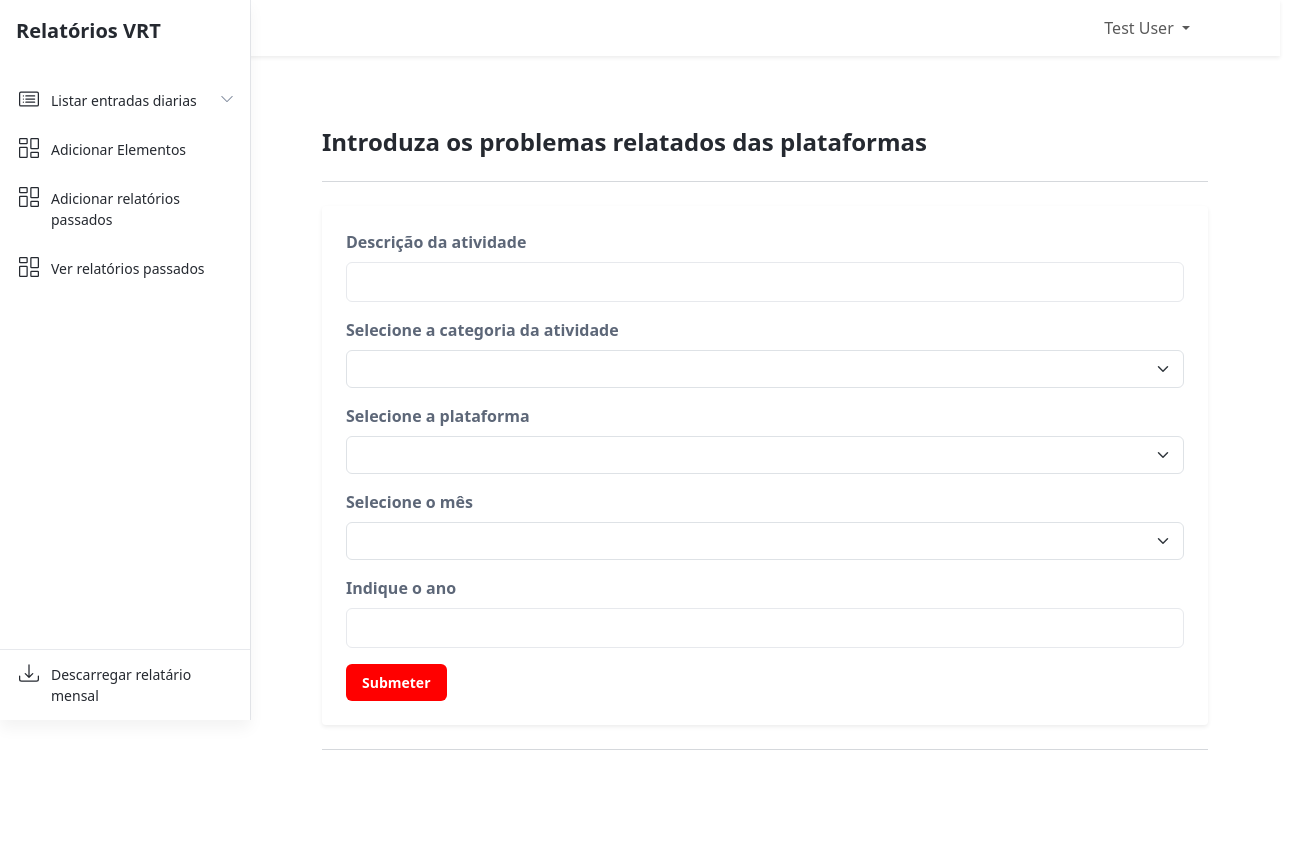
Repository: Yolanda-Marchone/Relatorios
Page: http://localhost/plataforma
These files come from the project's save history. The page is drawn as it stood at one moment and after the next save; the edit follows.
The browser window is 1280 px wide. The page is 1292 px wide, so the pictures cover 1292 px, including what lies to the right of the window. The pictures show the whole page.
The page is served by the project's Laravel application, run on PHP 8.4 with Laravel 10. A made-up administrator, Test User (test@example.com), is signed in. Other server files are loaded and not shown. Style sheets and scripts are compiled from the project's sources, by tool versions that may differ from the author's. Queries for data that is not in the repository find no rows.

Above is the page before, as saved 2024-05-23 10:18:40.

### routes/web.php
<?php

use App\Models\Categorias;
use App\Models\Mes;
use App\Models\Rela_plataforma;
use App\Models\Relatorio_mensal;
use App\Models\User;
use Barryvdh\DomPDF\Facade\Pdf;
use GuzzleHttp\Psr7\Request;
use Illuminate\Support\Facades\Route;
use Dompdf\Dompdf;
use Dompdf\Options;

/*
|--------------------------------------------------------------------------
| Web Routes
|--------------------------------------------------------------------------
|
| Here is where you can register web routes for your application. These
| routes are loaded by the RouteServiceProvider and all of them will
| be assigned to the "web" middleware group. Make something great!
|
*/

Route::get('/', function () {
    return view('welcome');
});




Auth::routes();

Route::get('/home', [App\Http\Controllers\PlataformaController::class, 'exibir_dados_plataforma'])->name('layouts/plataforma')->middleware('auth');

Route::get('/lista_plataforma', [App\Http\Controllers\PlataformaController::class, 'exibir_dados_plataforma'])->name('layouts/plataforma')->middleware('auth');

Route::get('/lista_atividades', [App\Http\Controllers\AtividadesController::class, 'exibir_dados_atividade'])->name('layouts/atividade')->middleware('auth');

Route::get('/atividades', [App\Http\Controllers\AtividadesController::class, 'exibir_dados'])->name('layouts/cadastraratividade')->middleware('auth');

Route::get('/plataforma', [App\Http\Controllers\PlataformaController::class, 'exibir_dados'])->name('layouts/cadastrarplataforma')->middleware('auth');

Route::post('/submeter_plataformas', [App\Http\Controllers\PlataformaController::class, 'criar_relatorio_plataforma'])->name('layouts/plataforma');

Route::post('/submeter_atividades', [\App\Http\Controllers\AtividadesController::class, 'criar_relatorio_atividade'])->name('layouts/atividades');

Route::get('/gerarpdf', [\App\Http\Controllers\AtividadesController::class, 'download']);

Route::get('/selecionarmes', [\App\Http\Controllers\AtividadesController::class, 'selectmes'])->name('layouts/pdfatividades');

Route::get('/testeview', [App\Http\Controllers\AtividadesController::class, 'teste'])->name('layouts/relatorio_PDF')->middleware('auth');

Route::get('/pdf', [App\Http\Controllers\PlataformaController::class, 'pdf']);

Route::get('/adicionar', [App\Http\Controllers\PlataformaController::class, 'adicionar_elementos'])->name('layouts/adicionar_elementos')->middleware('auth');

Route::post('/submeter_categoria', [App\Http\Controllers\PlataformaController::class, 'criar_categoria'])->name('layouts/plataforma');

Route::post('/submeter_plataforma', [App\Http\Controllers\PlataformaController::class, 'criar_plataforma'])->name('layouts/plataforma');

Route::post('/submeter_estado', [\App\Http\Controllers\AtividadesController::class, 'criar_estado'])->name('layouts/atividades');

Route::post('/submeter_solicitante', [\App\Http\Controllers\AtividadesController::class, 'criar_solicitante'])->name('layouts/atividades');

Route::get('/editar_atividades/{id}', [\App\Http\Controllers\AtividadesController::class, 'editarAtividade'])->name('layouts/editaratividades');

Route::put('/salvar_atividades/{id}', [\App\Http\Controllers\AtividadesController::class, 'editar_atividade'])->name('layouts/atividades');

Route::delete('/apagar_atividades/{id}', [\App\Http\Controllers\AtividadesController::class, 'excluir_atividade'])->name('layouts/atividades');

Route::get('/editar_plataforma/{id}', [\App\Http\Controllers\PlataformaController::class, 'editarPlataforma'])->name('layouts/editarplataforma');

Route::put('/salvar_plataforma/{id}', [\App\Http\Controllers\PlataformaController::class, 'editar_plataforma'])->name('layouts/plataforma');

Route::delete('/apagar_plataforma/{id}', [\App\Http\Controllers\PlataformaController::class, 'excluir_plataforma'])->name('layouts/plataforma');


Route:: get ('/3', function(){
$pdf= Pdf::loadView('layouts\teste');
return $pdf->download('teste.pdf');

});




Route::get('/gerar-pdf', function () {
    // Cria uma instância do Dompdf com opções padrão
    $dompdf= new Dompdf ();


    // Renderiza a view em HTML
    $html = view('layouts\teste')->render();

    // Carrega o HTML no Dompdf
    $dompdf->loadHtml($html);

    // Define o tamanho do papel e a orientação
    $dompdf->setPaper('A4', 'portrait');

    // Renderiza o PDF
    $dompdf->render();

    // Saída do PDF
    return $dompdf->stream('relatorio.pdf');
});

### app/Models/User.php
<?php

namespace App\Models;

// use Illuminate\Contracts\Auth\MustVerifyEmail;
use Illuminate\Database\Eloquent\Factories\HasFactory;
use Illuminate\Foundation\Auth\User as Authenticatable;
use Illuminate\Notifications\Notifiable;
use Laravel\Sanctum\HasApiTokens;

class User extends Authenticatable
{
    use HasApiTokens, HasFactory, Notifiable;

    /**
     * The attributes that are mass assignable.
     *
     * @var array<int, string>
     */
    protected $fillable = [
        'name',
        'email',
        'password',
    ];

    /**
     * The attributes that should be hidden for serialization.
     *
     * @var array<int, string>
     */
    protected $hidden = [
        'password',
        'remember_token',
    ];

    /**
     * The attributes that should be cast.
     *
     * @var array<string, string>
     */
    protected $casts = [
        'email_verified_at' => 'datetime',
        'password' => 'hashed',
    ];



    public function relatorio_mensal()
    {
        return $this->hasMany(Relatorio_mensal::class);

    }


}

### app/Models/Plataformas.php
<?php

namespace App\Models;

use Illuminate\Database\Eloquent\Factories\HasFactory;
use Illuminate\Database\Eloquent\Model;

class Plataformas extends Model
{
    use HasFactory;

protected $table = 'plataformas';
protected $fillable = ['id', 'nome'];

public function relatorio_mensal()
{
    return $this->hasMany(Relatorio_mensal::class);

}

}

### app/Models/Categorias.php
<?php

namespace App\Models;

use Illuminate\Database\Eloquent\Factories\HasFactory;
use Illuminate\Database\Eloquent\Model;

class Categorias extends Model
{
    use HasFactory;
    protected $table = 'categorias';
protected $fillable = ['id', 'nome'];


public function relatorio_mensal()
{
    return $this->hasMany(Relatorio_mensal::class);

}
}

### app/Models/Mes.php
<?php

namespace App\Models;

use Illuminate\Database\Eloquent\Factories\HasFactory;
use Illuminate\Database\Eloquent\Model;

class Mes extends Model
{
    use HasFactory;
    protected $table = 'mes';
protected $fillable = ['id', 'nome'];


public function relatorio_mensal()
{
    return $this->hasMany(Relatorio_mensal::class);

}
}

### resources/views/layouts/cadastrarplataforma.blade.php
@extends('layouts.app')

@section('content')


<div class="row justify-content-center">
    <div class="col-md-12">

        <div class="app-wrapper">

            <div class="app-content pt-3 p-md-3 p-lg-4">
                <div class="container-xl">




     <div class="app-content pt-3 p-md-3 p-lg-4">
                <div class="container-xl">
                    <h1 class="app-page-title">Introduza os problemas relatados das plataformas</h1>
                    <hr class="mb-4">
                    <div class="row g-4 settings-section">
               <div class="col-12 col-md-12"
    >		                <div class="app-card app-card-settings shadow-sm p-4">


                                <div class="app-card-body">

                                @if ($errors->any())
                                    <div class="alert alert-danger">
                                        <ul>
                                            @foreach ($errors->all() as $error)
                                            <li>{{ $error }}</li>
                                            @endforeach
                                        </ul>
                                    </div>
                                    @endif
                                    <form class="settings-form" method="POST" action="/submeter_plataformas">
                                        @csrf


                                <div class="mb-3"  >

                                            <label for="setting-input-1" class="form-label">Descrição da atividade</label>
                                            <input type="text" class="form-control" id="descricao" name="descricao"  required>

                                </div>



                                <div class="mb-3">
                                            <label for="setting-input-1" class="form-label">Selecione a categoria da atividade</label>
                                           <select type="select" class="form-select"  name="categorias" id="categorias" required>
              @foreach($categorias as $categorias)
              <option value="{{$categorias->id}}">{{$categorias->nome}}</option>
              @endforeach


          </select>
      </div>





                                            <div class="mb-3">
                                            <label for="setting-input-1" class="form-label">Selecione a plataforma</label>
                                           <select type="select" class="form-select"  name="plataformas" id="plataformas" required>

                                            @foreach($plataformas as $plataforma)
                                            <option value="{{ $plataforma->id }}">{{ $plataforma->nome }}</option>

         @endforeach


          </select>
      </div>


      <div class="mb-3">
                                            <label for="setting-input-1" class="form-label">Selecione o mês</label>
                                           <select type="select" class="form-select"  name="mes" id="mes" required>

                                            @foreach($mes as $mes)
                                            <option value="{{ $mes->id }}">{{ $mes->nome }}</option>

         @endforeach


          </select>
      </div>


      <div class="mb-3"  >

                                             <label for="setting-input-1" class="form-label">Indique o ano</label>
                                             <input type="number" class="form-control" id="ano" name="ano" value="" required>

                                 </div>






                                        <button type="submit" class="btn app-btn-primary" >Submeter</button>
                                    </form>
                                </div><!--//app-card-body-->

                            </div><!--//app-card-->
                        </div>
                    </div><!--//row-->
                    <hr class="my-4">

                </div><!--//container-fluid-->
            </div>






                </div><!--//container-fluid-->
            </div><!--//app-content-->


        </div><!--//app-wrapper-->

    </div>
</div>
@endsection

### resources/views/layouts/app.blade.php
<!doctype html>
<html lang="{{ str_replace('_', '-', app()->getLocale()) }}">
<head>
    <meta charset="utf-8">
    <meta name="viewport" content="width=device-width, initial-scale=1">

    <!-- CSRF Token -->
    <meta name="csrf-token" content="{{ csrf_token() }}">

    <title>Relatórios</title>

    <!-- Fonts -->
    <link rel="dns-prefetch" href="//fonts.bunny.net">
    <script defer src="resources/js/all.min.js"></script>
    <link id="theme-style" rel="stylesheet" href="resources/css/ap.css">

    <!-- Scripts -->
@vite(['resources/css/ap.css', 'resources/js/app.js'])

</head>
<body>
    <div id="app">

        <nav class="navbar navbar-expand-md navbar-light bg-white shadow-sm">
            <div class="container">
                <a class="navbar-brand" href="{{ url('/') }}">

                </a>
                <button class="navbar-toggler" type="button" data-bs-toggle="collapse" data-bs-target="#navbarSupportedContent" aria-controls="navbarSupportedContent" aria-expanded="false" aria-label="{{ __('Toggle navigation') }}">
                    <span class="navbar-toggler-icon"></span>
                </button>

                <div class="collapse navbar-collapse" id="navbarSupportedContent">
                    <!-- Left Side Of Navbar -->
                    <ul class="navbar-nav me-auto">

                    </ul>

                    <!-- Right Side Of Navbar -->
                    <ul class="navbar-nav ms-auto">
                        <!-- Authentication Links -->
                        @guest
                            @if (Route::has('login'))
                                <li class="nav-item">
                                    <a class="nav-link" href="{{ route('login') }}">{{ __('Entrar') }}</a>
                                </li>
                            @endif

                            @if (Route::has('register'))
                                <li class="nav-item">
                                    <a class="nav-link" href="{{ route('register') }}">{{ __('Cadastrar') }}</a>
                                </li>
                            @endif
                        @else
                            <li class="nav-item dropdown">
                                <a id="navbarDropdown" class="nav-link dropdown-toggle" href="#" role="button" data-bs-toggle="dropdown" aria-haspopup="true" aria-expanded="false" v-pre>
                                    {{ Auth::user()->name }}
                                </a>

                                <div class="dropdown-menu dropdown-menu-end" aria-labelledby="navbarDropdown">
                                    <a class="dropdown-item" href="{{ route('logout') }}"
                                       onclick="event.preventDefault();
                                                     document.getElementById('logout-form').submit();">
                                        {{ __('Sair') }}
                                    </a>

                                    <form id="logout-form" action="{{ route('logout') }}" method="POST" class="d-none">
                                        @csrf
                                    </form>
                                </div>
                            </li>
                        @endguest
                    </ul>
                </div>
            </div>

        </nav>


        <div id="app-sidepanel" class="app-sidepanel">
	        <div id="sidepanel-drop" class="sidepanel-drop"></div>
	        <div class="sidepanel-inner d-flex flex-column">
		        <a href="#" id="sidepanel-close" class="sidepanel-close d-xl-none">&times;</a>
		        <div class="app-branding">
		            <a class="app-logo" href="{{ url('/') }}"><span class="logo-text">Relatórios VRT</span></a>

		        </div><!--//app-branding-->


			    <nav id="app-nav-main" class="app-nav app-nav-main flex-grow-1">
				    <ul class="app-menu list-unstyled accordion" id="menu-accordion">


               <li class="nav-item has-submenu">
					        <!--//Bootstrap Icons: https://icons.getbootstrap.com/ -->
					        <a class="nav-link submenu-toggle" href="#" data-bs-toggle="collapse" data-bs-target="#submenu-2" aria-expanded="false" aria-controls="submenu-2">
						        <span class="nav-icon">
						        <!--//Bootstrap Icons: https://icons.getbootstrap.com/ -->
			        <svg width="1em" height="1em" viewBox="0 0 16 16" class="bi bi-card-list" fill="currentColor" xmlns="http://www.w3.org/2000/svg">
  <path fill-rule="evenodd" d="M14.5 3h-13a.5.5 0 0 0-.5.5v9a.5.5 0 0 0 .5.5h13a.5.5 0 0 0 .5-.5v-9a.5.5 0 0 0-.5-.5zm-13-1A1.5 1.5 0 0 0 0 3.5v9A1.5 1.5 0 0 0 1.5 14h13a1.5 1.5 0 0 0 1.5-1.5v-9A1.5 1.5 0 0 0 14.5 2h-13z"/>
  <path fill-rule="evenodd" d="M5 8a.5.5 0 0 1 .5-.5h7a.5.5 0 0 1 0 1h-7A.5.5 0 0 1 5 8zm0-2.5a.5.5 0 0 1 .5-.5h7a.5.5 0 0 1 0 1h-7a.5.5 0 0 1-.5-.5zm0 5a.5.5 0 0 1 .5-.5h7a.5.5 0 0 1 0 1h-7a.5.5 0 0 1-.5-.5z"/>
  <circle cx="3.5" cy="5.5" r=".5"/>
  <circle cx="3.5" cy="8" r=".5"/>
  <circle cx="3.5" cy="10.5" r=".5"/>
</svg>
						         </span>
		                         <span class="nav-link-text">Listar entradas diarias</span>
		                         <span class="submenu-arrow">
		                             <svg width="1em" height="1em" viewBox="0 0 16 16" class="bi bi-chevron-down" fill="currentColor" xmlns="http://www.w3.org/2000/svg">
	  <path fill-rule="evenodd" d="M1.646 4.646a.5.5 0 0 1 .708 0L8 10.293l5.646-5.647a.5.5 0 0 1 .708.708l-6 6a.5.5 0 0 1-.708 0l-6-6a.5.5 0 0 1 0-.708z"/>
	</svg>
	                             </span><!--//submenu-arrow-->
					        </a><!--//nav-link-->
					        <div id="submenu-2" class="collapse submenu submenu-2" data-bs-parent="#menu-accordion">
						        <ul class="submenu-list list-unstyled">
							        <li class="submenu-item"><a class="submenu-link" href="{{ url('/lista_atividades') }}">Atividades</a></li>
							        <li class="submenu-item"><a class="submenu-link" href="{{ url('/lista_plataforma') }}">Plataforma</a></li>
						        </ul>
					        </div>
					    </li><!--//nav-item-->

                        <li class="nav-item">
					        <!--//Bootstrap Icons: https://icons.getbootstrap.com/ -->
					        <a class="nav-link" href="{{ url('/adicionar') }}">
						        <span class="nav-icon">
                                <svg width="1em" height="1em" viewBox="0 0 16 16" class="bi bi-columns-gap" fill="currentColor" xmlns="http://www.w3.org/2000/svg">
	  <path fill-rule="evenodd" d="M6 1H1v3h5V1zM1 0a1 1 0 0 0-1 1v3a1 1 0 0 0 1 1h5a1 1 0 0 0 1-1V1a1 1 0 0 0-1-1H1zm14 12h-5v3h5v-3zm-5-1a1 1 0 0 0-1 1v3a1 1 0 0 0 1 1h5a1 1 0 0 0 1-1v-3a1 1 0 0 0-1-1h-5zM6 8H1v7h5V8zM1 7a1 1 0 0 0-1 1v7a1 1 0 0 0 1 1h5a1 1 0 0 0 1-1V8a1 1 0 0 0-1-1H1zm14-6h-5v7h5V1zm-5-1a1 1 0 0 0-1 1v7a1 1 0 0 0 1 1h5a1 1 0 0 0 1-1V1a1 1 0 0 0-1-1h-5z"/>
	</svg>

</svg>
						         </span>
		                         <span class="nav-link-text">Adicionar Elementos</span>

					        </a><!--//nav-link-->
					    </li><!--//nav-item-->

                        <li class="nav-item">
					        <!--//Bootstrap Icons: https://icons.getbootstrap.com/ -->
					        <a class="nav-link" href="{{ url('/adicionar') }}">
						        <span class="nav-icon">
                                <svg width="1em" height="1em" viewBox="0 0 16 16" class="bi bi-columns-gap" fill="currentColor" xmlns="http://www.w3.org/2000/svg">
	  <path fill-rule="evenodd" d="M6 1H1v3h5V1zM1 0a1 1 0 0 0-1 1v3a1 1 0 0 0 1 1h5a1 1 0 0 0 1-1V1a1 1 0 0 0-1-1H1zm14 12h-5v3h5v-3zm-5-1a1 1 0 0 0-1 1v3a1 1 0 0 0 1 1h5a1 1 0 0 0 1-1v-3a1 1 0 0 0-1-1h-5zM6 8H1v7h5V8zM1 7a1 1 0 0 0-1 1v7a1 1 0 0 0 1 1h5a1 1 0 0 0 1-1V8a1 1 0 0 0-1-1H1zm14-6h-5v7h5V1zm-5-1a1 1 0 0 0-1 1v7a1 1 0 0 0 1 1h5a1 1 0 0 0 1-1V1a1 1 0 0 0-1-1h-5z"/>
	</svg>

</svg>
						         </span>
                                 <span class="nav-link-text">Adicionar relatórios passados</span>

					        </a><!--//nav-link-->
					    </li><!--//nav-item-->           <li class="nav-item">
					        <!--//Bootstrap Icons: https://icons.getbootstrap.com/ -->
					        <a class="nav-link" href="{{ url('/adicionar') }}">
						        <span class="nav-icon">
                                <svg width="1em" height="1em" viewBox="0 0 16 16" class="bi bi-columns-gap" fill="currentColor" xmlns="http://www.w3.org/2000/svg">
	  <path fill-rule="evenodd" d="M6 1H1v3h5V1zM1 0a1 1 0 0 0-1 1v3a1 1 0 0 0 1 1h5a1 1 0 0 0 1-1V1a1 1 0 0 0-1-1H1zm14 12h-5v3h5v-3zm-5-1a1 1 0 0 0-1 1v3a1 1 0 0 0 1 1h5a1 1 0 0 0 1-1v-3a1 1 0 0 0-1-1h-5zM6 8H1v7h5V8zM1 7a1 1 0 0 0-1 1v7a1 1 0 0 0 1 1h5a1 1 0 0 0 1-1V8a1 1 0 0 0-1-1H1zm14-6h-5v7h5V1zm-5-1a1 1 0 0 0-1 1v7a1 1 0 0 0 1 1h5a1 1 0 0 0 1-1V1a1 1 0 0 0-1-1h-5z"/>
	</svg>

</svg>
						         </span>

                                 <span class="nav-link-text">Ver relatórios passados</span>
					        </a><!--//nav-link-->
					    </li><!--//nav-item-->



					        </a><!--//nav-link-->
					    </li><!--//nav-item-->
				    </ul><!--//app-menu-->
			    </nav><!--//app-nav-->



			    <div class="app-sidepanel-footer">
				    <nav class="app-nav app-nav-footer">
					    <ul class="app-menu footer-menu list-unstyled">
						   <li class="nav-item">
						        <!--//Bootstrap Icons: https://icons.getbootstrap.com/ -->
						        <a class="nav-link" href="/lista_plataforma">
							        <span class="nav-icon">
							            <svg width="1em" height="1em" viewBox="0 0 16 16" class="bi bi-download" fill="currentColor" xmlns="http://www.w3.org/2000/svg">
	  <path fill-rule="evenodd" d="M.5 9.9a.5.5 0 0 1 .5.5v2.5a1 1 0 0 0 1 1h12a1 1 0 0 0 1-1v-2.5a.5.5 0 0 1 1 0v2.5a2 2 0 0 1-2 2H2a2 2 0 0 1-2-2v-2.5a.5.5 0 0 1 .5-.5z"/>
	  <path fill-rule="evenodd" d="M7.646 11.854a.5.5 0 0 0 .708 0l3-3a.5.5 0 0 0-.708-.708L8.5 10.293V1.5a.5.5 0 0 0-1 0v8.793L5.354 8.146a.5.5 0 1 0-.708.708l3 3z"/>
	</svg>
							        </span>
			                        <span class="nav-link-text">Descarregar relatário mensal</span>
						        </a><!--//nav-link-->
						    </li><!--//nav-item-->


					    </ul><!--//footer-menu-->
				    </nav>
			    </div><!--//app-sidepanel-footer-->

	        </div><!--//sidepanel-inner-->
	    </div><!--//app-sidepanel-->

        <main class="py-4">
            @yield('content')
        </main>
    </div>
</body>
</html>

Loaded but not shown: app/Http/Controllers/Auth/ConfirmPasswordController.php (common file); app/Http/Controllers/Controller.php (common file); resources/css/ap.css (library); app/Http/Controllers/PlataformaController.php (426 lines, source omitted)

After the next save:
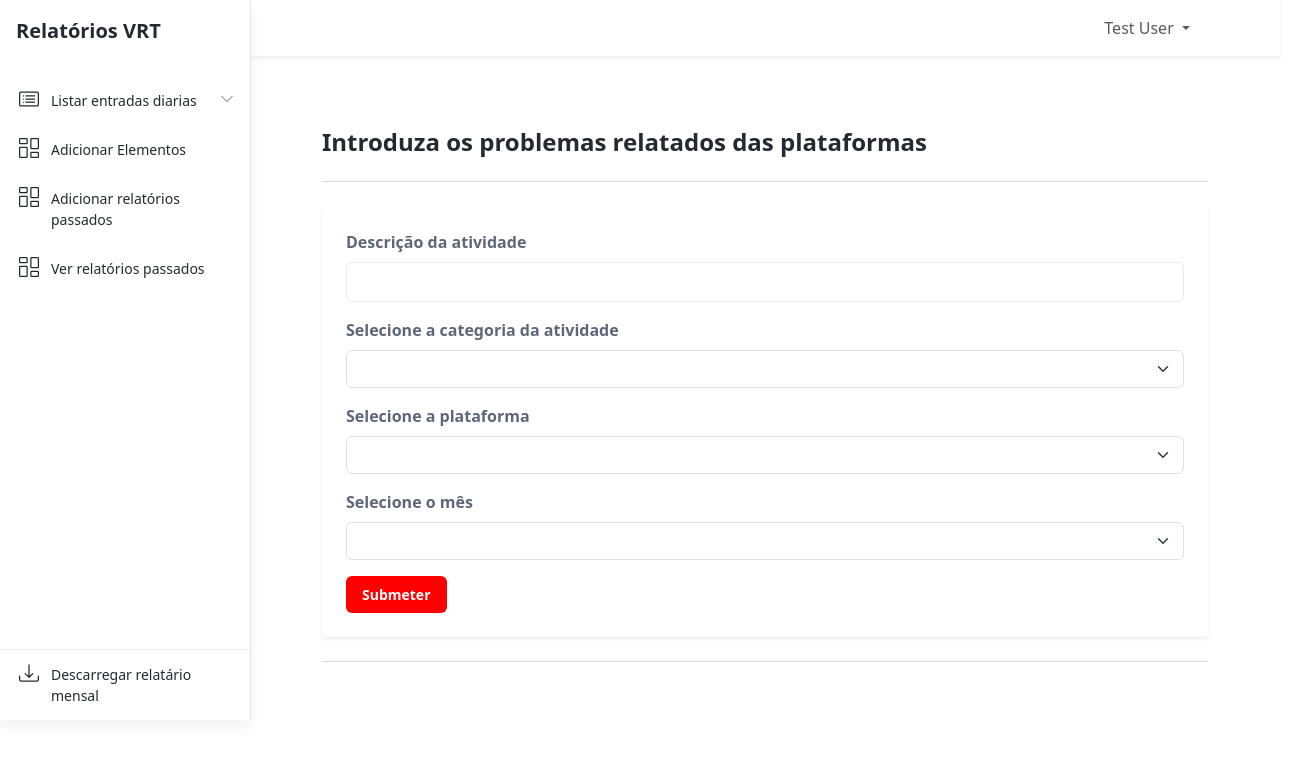
Saved 35 s later.
--- a/resources/views/layouts/cadastrarplataforma.blade.php
+++ b/resources/views/layouts/cadastrarplataforma.blade.php
@@ -90,13 +90,6 @@
       </div>
 
 
-      <div class="mb-3"  >
-
-                                             <label for="setting-input-1" class="form-label">Indique o ano</label>
-                                             <input type="number" class="form-control" id="ano" name="ano" value="" required>
-
-                                 </div>
-
 
 
 
